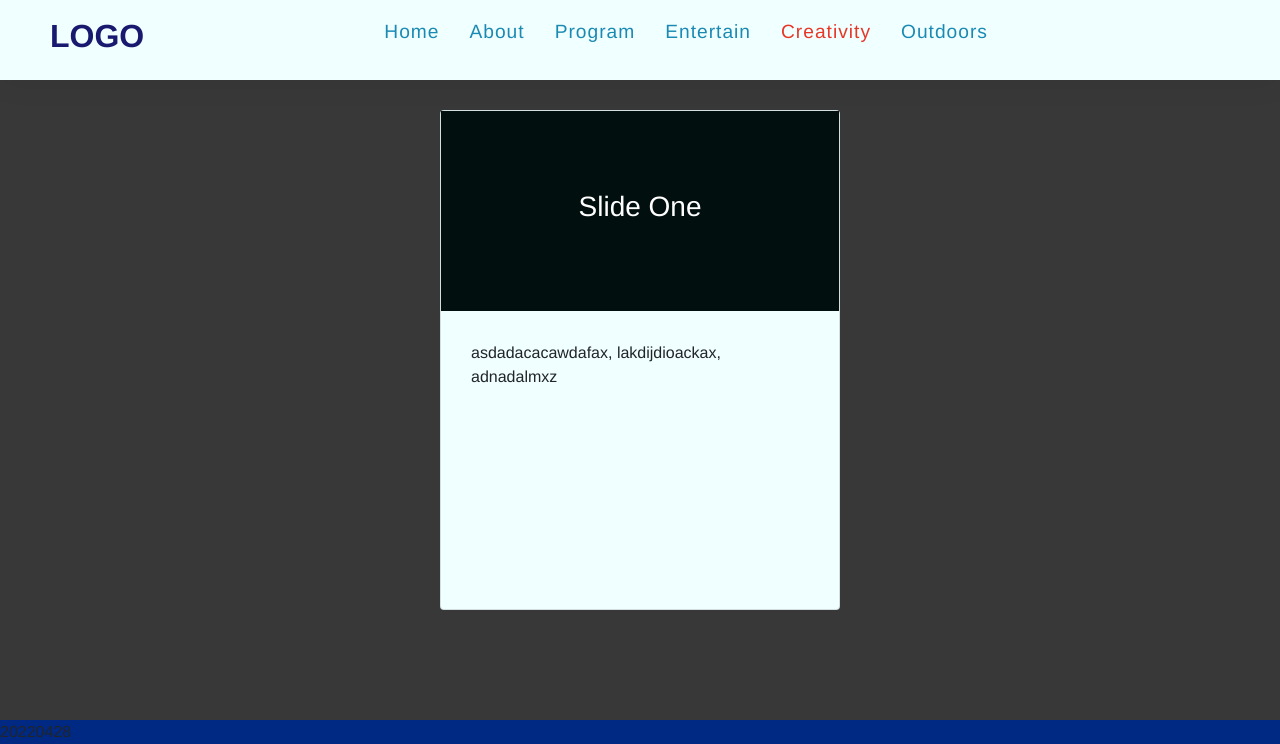
Repository: KevinYu0515/DeadByDaylight-custom-wiki
Page: /creativity
An editor plug-in stored every save of this project. The page is shown before and after the next save, followed by the edit.
The browser window is 1280 px wide. The pictures show the whole page.
Some web libraries are served in a nearby version. The project was rebuilt for these pictures with package versions that can differ from the ones it lists, and the page was loaded fresh each time. Also part of the build but not shown: vite.config.js, vue.config.js, src/views/Home.vue.

Above is the page before, as saved 2022-03-19 20:09:37.

### src/App.vue
<template>
  <div class="app">
    <Navbar></Navbar>
    <router-view />
    <Footer></Footer>
  </div>
</template>

<script>
import Navbar from "./components/Navbar.vue";
import Footer from "./components/Footer.vue";
export default {
  name: "App",
  components: {
    Navbar,
    Footer,
  },
};
</script>

<style>
@import url("https://fonts.googleapis.com/css2?family=Source+Sans+Pro&family=Space+Grotesk&display=swap");
@import url("https://fonts.googleapis.com/css2?family=Fredoka+One&display=swap");
@import url("https://fonts.googleapis.com/css2?family=Rowdies&display=swap");
@import url("https://fonts.googleapis.com/css2?family=Ubuntu&display=swap");
@import url("https://fonts.googleapis.com/css2?family=Quicksand&family=Ubuntu&display=swap");

* {
  margin: 0;
  padding: 0;
  box-sizing: border-box;
  font-family: "Franklin Gothic Medium", "Arial Narrow", Arial, sans-serif;
  scroll-behavior: smooth;
}

.default {
  position: relative;
  display: flex;
  justify-content: center;
  align-items: center;
  min-height: 100vh;
  color: #f5f5f5;
  font-size: 18vw;
  font-weight: 700;
}
</style>

### src/router/index.js

import { createRouter, createWebHistory } from 'vue-router'
import Home from '../views/Home.vue'


const routes = [
  {
    path: '/',
    name: 'Home',
    component:Home
  },
  {
    path: '/home',
    component:Home
  },
  {
    path: '/about',
    name: 'About',
    // route level code-splitting
    // this generates a separate chunk (about.[hash].js) for this route
    // which is lazy-loaded when the route is visited.
    component: () => import(/* webpackChunkName: "about" */ '../views/About.vue'),
    meta: { title:'關於'}
  },
  {
    path:'/program',
    name:'Program',
    component:()=> import('../views/Program.vue')
  },
  {
    path:'/entertain',
    name:'Entertain',
    component:()=> import('../views/Hobby/Entertain.vue')
  },
  {
    path:'/creativity',
    name:'Creativity',
    component:()=> import('../views/Hobby/Creativity.vue')
  },
  {
    path:'/outdoors',
    name:'Outdoors',
    component:()=> import('../views/Hobby/Outdoors.vue')
  },
]

const router = createRouter({
  history: createWebHistory(process.env.BASE_URL),
  routes,
})

export default router

### src/components/Navbar.vue
<template>

    <header :class="{ 'scrolled-nav': scrollNav}">
        <nav>
            <router-link to="/" class="logo">Logo</router-link>
            <ul v-show="!mobile" class="navigation">
                <li><router-link to="/home">Home</router-link> </li>
                <li><router-link to="/about">About</router-link> </li>
                <li><router-link to="/program">Program</router-link> </li>
                <li><router-link to="/entertain">Entertain</router-link> </li>
                <li><router-link to="/creativity">Creativity</router-link> </li>
                <li><router-link to="/outdoors">Outdoors</router-link> </li>
           </ul>
            <div class="navbar_icon">
                <i @click="toggleMobileNav" v-show="mobile" class="fi fi-br-menu-burger" :class="{'icon-active':mobileNav}" ></i>
            </div>
            <transition name='mobile-nav'>
                <ul v-show="mobileNav" class="dropdown-nav">
                    <li><router-link to="/home">Home</router-link> </li>
                    <li><router-link to="/about">About</router-link> </li>
                    <li><router-link to="/program">Program</router-link> </li>
                    <li><router-link to="/entertain">Entertain</router-link> </li>
                    <li><router-link to="/creativity">Creativity</router-link> </li>
                    <li><router-link to="/outdoors">Outdoors</router-link> </li>
                </ul>
            </transition>
        </nav>
      </header>
</template>

<script>
export default {
  name: 'Navbar',
  data() {
      return{
          scrollNav: null,
          mobile: null,
          mobileNav: null,
          windowWidth: null,
      };
    },
    created(){
        window.addEventListener('resize', this.checkScreen);
        this.checkScreen();
    },
    mounted(){
        window.addEventListener('scroll', this.updateScroll);
    },
    methods:{
        toggleMobileNav(){
            this.mobileNav = !this.mobileNav;
        },

        updateScroll(){
            const scrollPosition = window.scrollY;
            if(scrollPosition > 50){
                this.scrollNav = true;
                return;
            }
            this.scrollNav = false;
        },
        checkScreen(){
            this.windowWidth = window.innerWidth;
            if(this.windowWidth <= 850){
                this.mobile = true;
                return
            }
            this.mobile = false;
            this.mobileNav = false;
            return;
        },
    },
};

</script>

<!-- Add "scoped" attribute to limit CSS to this component only -->
<style lang="scss" scoped>
@import '@/assets/scss/navbar.scss'
</style>

### src/components/Footer.vue
<template>
  <div class="footer">20220428</div>
</template>

<script>
export default {
  name: "Footer",
};
</script>

<style lang="scss" scoped>
@import "@/assets/scss/footer.scss";
</style>

### src/views/Hobby/Creativity.vue
<template>
  <div class="creativity">
    <div class="card">
      <div class="sliderText">
        <h3>Slide One</h3>
      </div>
      <div class="content">
          <p>asdadacacawdafax, lakdijdioackax, adnadalmxz</p>
      </div>
    </div>
  </div>
</template>
<!--待續-->

<style scoped lang="scss">
@import "@/assets/scss/hobby/creativity.scss"
</style>

### src/assets/scss/navbar.scss
@import url('https://cdn-uicons.flaticon.com/uicons-bold-rounded/css/uicons-bold-rounded.css');

header{
    position: fixed;
    top: 0;
    right: 0;
    display: flex;
    width: 100%;
    height: 80px;
    justify-content: space-between;
    align-items: center;
    padding: 0px 60px 0 50px;
    background-color:azure;
    box-shadow: 0 5px 30px rgba(0,0,0,0.05);
    z-index: 1000;
    transition: 0.5s ease all;

     nav{
        display: flex;
        position: relative;
        flex-direction: row;
        transition: 0.5s ease all;
        width:90%;
        flex:1;
        margin: 0 auto;
        @media (min-width: 1140px){
            max-widt:1140px;
        }

        .logo{
            color:midnightblue;
            font-weight: 700;
            font-size: 2em;
            text-decoration: none;
            text-transform: uppercase;
            margin: 5px 8px 0 0;
            transition: 0.5s ease all;
        }

        ul  {
            position: relative;
            display: flex;
            flex-direction: row;

            li {
                List-style:none;

                a{
                    color:rgb(27, 138, 179);
                    height:50px;
                    line-height: 50px;
                    display: inline-block;
                    text-decoration: none;
                    font-size: 1.2em;
                    padding: 0 15px;
                    letter-spacing: 1px;
                    cursor: pointer;
                    &:hover{
                        color:aliceblue;
                        background-color: rgb(7, 101, 101);
                    }
                }
                a.router-link-exact-active{
                    color: #e73727;
                }
            }
        }

        .navigation{
            display:flex;
            align-items: center;
            flex:1;
            justify-content: center;
        }



        .navbar_icon{
            display: flex;
            position: absolute;
            top:7px;
            right:24px;
            height:75%;

            i{
                cursor:pointer;
                font-size: 31.35px;
                transition: 0.8s ease all;
            }
        }

        .icon-active{
            transform: rotate(180deg);
        }



        .dropdown-nav{
            display:flex;
            flex-direction:column;
            position: fixed;
            height: 100%;
            width:100%;
            max-width: 250px;
            background: #fff;
            top:0;
            left:0;

            li{
                margin-left: 0;
                .link{
                    color:black;
                }
            }
        }
        .mobile-nav-enter-active,
        .mobile-nav-leave-active{
            transition: 1s ease all;
        }

        .mobile-nav-enter-from,
        .mobile-nav-leave-to{
            transform: translateX(-250px);
        }

        .mobile-nav-enter-to{
            transform: translateX(0);
        }
    }
}

.scrolled-nav{
    background: azure;
    box-shadow: 0 4px 6px -1px rgba(0,0,0,0.05), 0 2px 4px -1px rgba(0,0,0,0.06);
    height: 60px;
}

### src/assets/scss/footer.scss
.footer{
    position: relative;
    height: auto;
    width:100%;
    background: #002984;
}

### src/assets/scss/hobby/creativity.scss
.creativity{
    margin:0;
    padding: 0;
    display: flex;
    justify-content: center;
    align-items: center;
    min-height: 100vh;
    background: #383838;
    .card{
        position: relative;
        background-color: azure;
        width: 400px;
        height: 500px;
        margin:0 auto;
        .content{
            width:400px;
            padding: 30px;
            box-sizing: border-box;
        }
        .sliderText{
            position: relative;
            width:100%;
            height:200px;
            display: flex;
            justify-content: center;
            align-items: center;
            background-color: rgb(2, 15, 15);
            h3{
                color:#fff;

            }
        }

    }
}

Loaded but not shown: public/index.html (common file); src/main.js (common file)

After the next save:
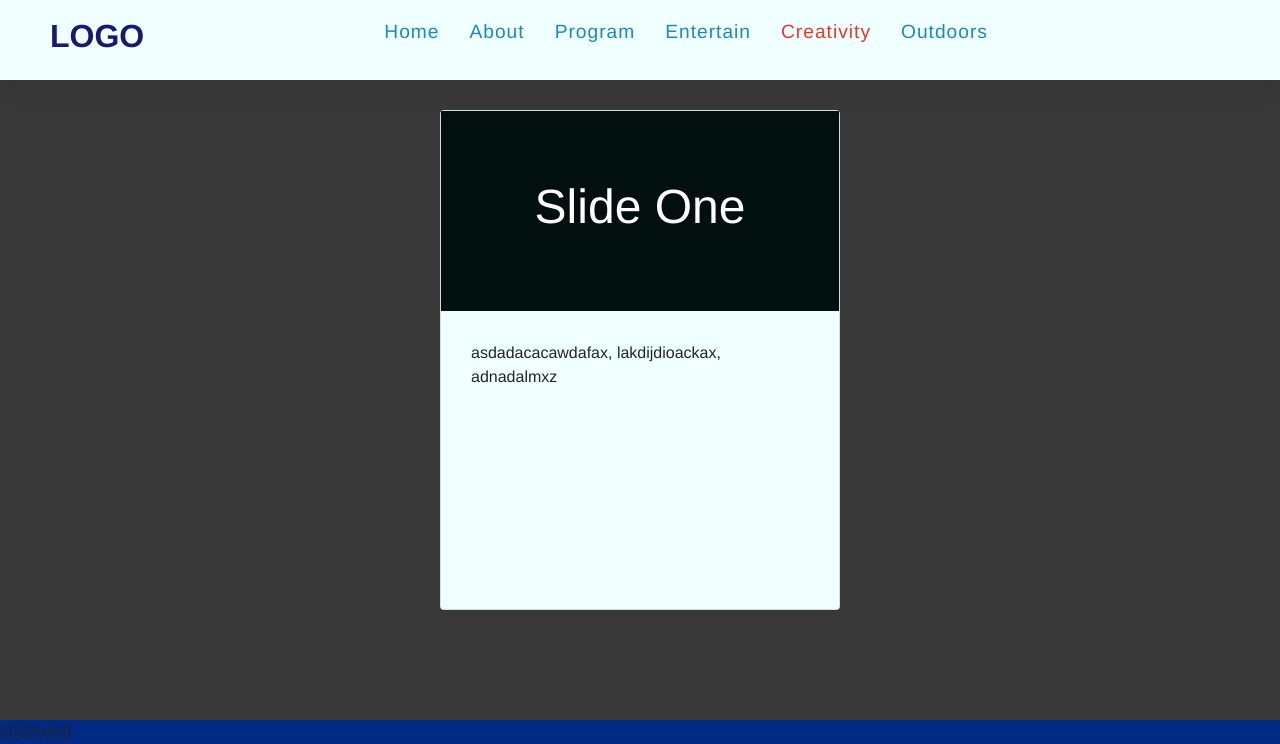
Saved 6 s later.
--- a/src/assets/scss/hobby/creativity.scss
+++ b/src/assets/scss/hobby/creativity.scss
@@ -27,7 +27,7 @@
             background-color: rgb(2, 15, 15);
             h3{
                 color:#fff;
-
+                font-size: 3em;
             }
         }
 
